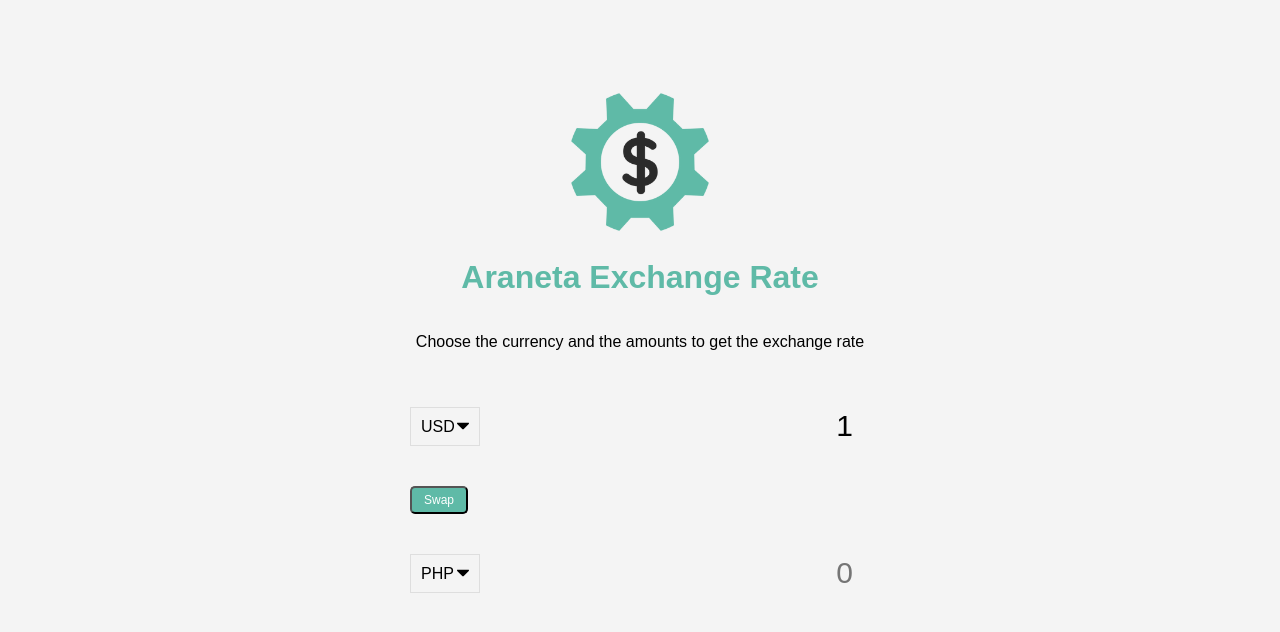
Repository: kenneth1175/ExchangeRateCalculator
Page: index.html
An editor plug-in stored every save of this project. The page is shown before and after the next save, followed by the edit.
The browser window is 1280 px wide. The pictures show the whole page.
The page's requests for data from a server got no answer.

Above is the page before, as saved 2025-10-04 23:22:54.

After the next save:
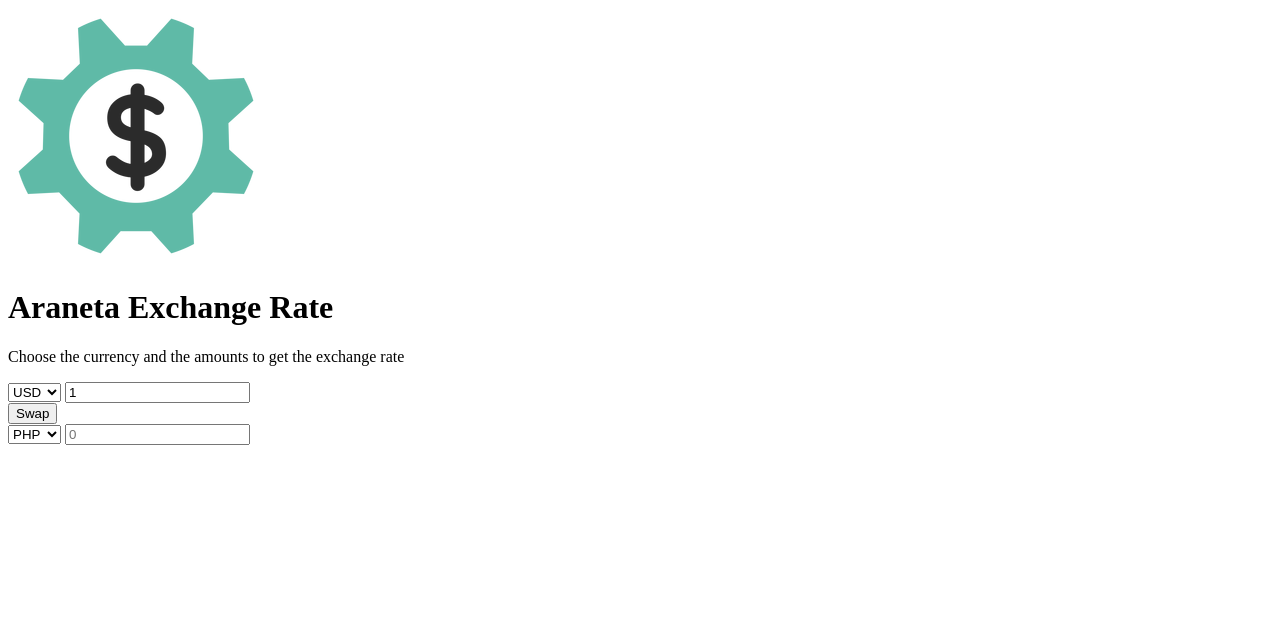
Saved 8 min 9 s later.
--- a/index.html
+++ b/index.html
@@ -4,7 +4,7 @@
     <meta charset="UTF-8" />
     <meta name="viewport" content="width=device-width, initial-scale=1.0" />
     <title>Araneta Exchange Rate Calculator</title>
-    <link rel="stylesheet" href="stylemaster.css" />
+    <link rel="stylesheet" href="style.css" />
   </head>
   <body>
     <img src="./img/money.png" alt="logo" class="money-img" />
